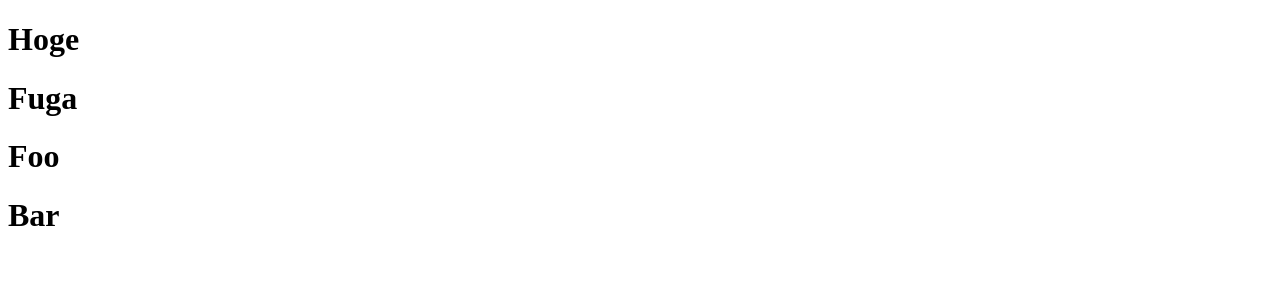
Repository: otanaoyuki/samurai_HTML-CSS
Page: sss.html
The author's editor kept a record of every edit. The page is drawn from the files as they stood at one moment, then again after the next edit.
The browser window is 1280 px wide. The pictures show the whole page.

Above is the page before.

After the next edit:
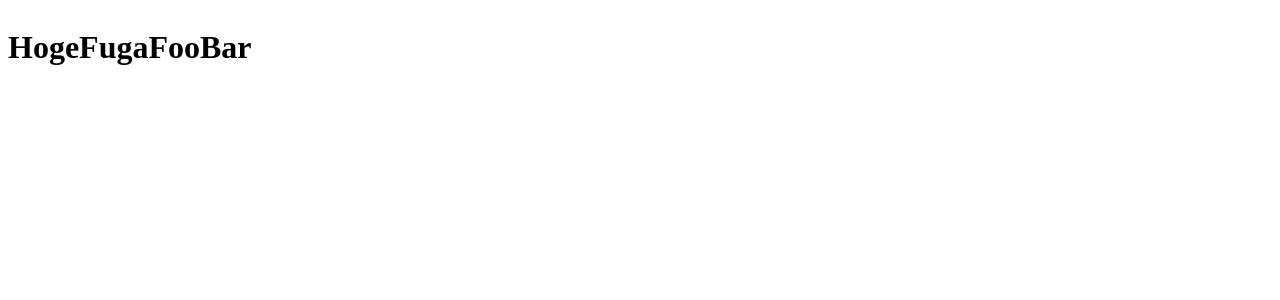
The edit:
--- a/sss.html
+++ b/sss.html
@@ -9,7 +9,7 @@
         </style>
     </head>
     <body>
-        <div id="no-wrap">
+        <div id="flex-start">
             <h1>Hoge</h1>
             <h1>Fuga</h1>
             <h1>Foo</h1>

After the 2 edits that followed:
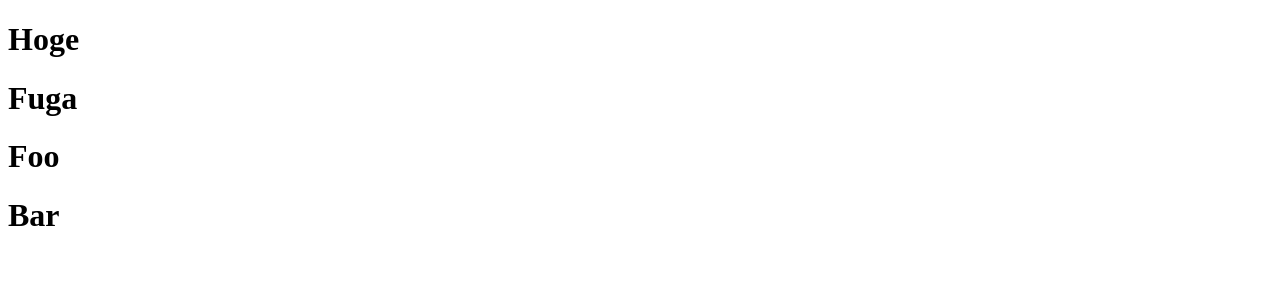
The 2 edits are shown as one change because 1 left the picture as it was.
The edit:
--- a/sss.html
+++ b/sss.html
@@ -2,9 +2,9 @@
 <html lang="ja">
     <head>
         <style>
-            #flex-start {
-                display: flex;
-                align-items :flex-start;
+            #grid {
+                display: grid;
+                grid-template-columns: 200px 200px;
             }
         </style>
     </head>
@@ -15,7 +15,5 @@
             <h1>Foo</h1>
             <h1>Bar</h1>
         </div>
-
-        </div>
     </body>
 </html>
